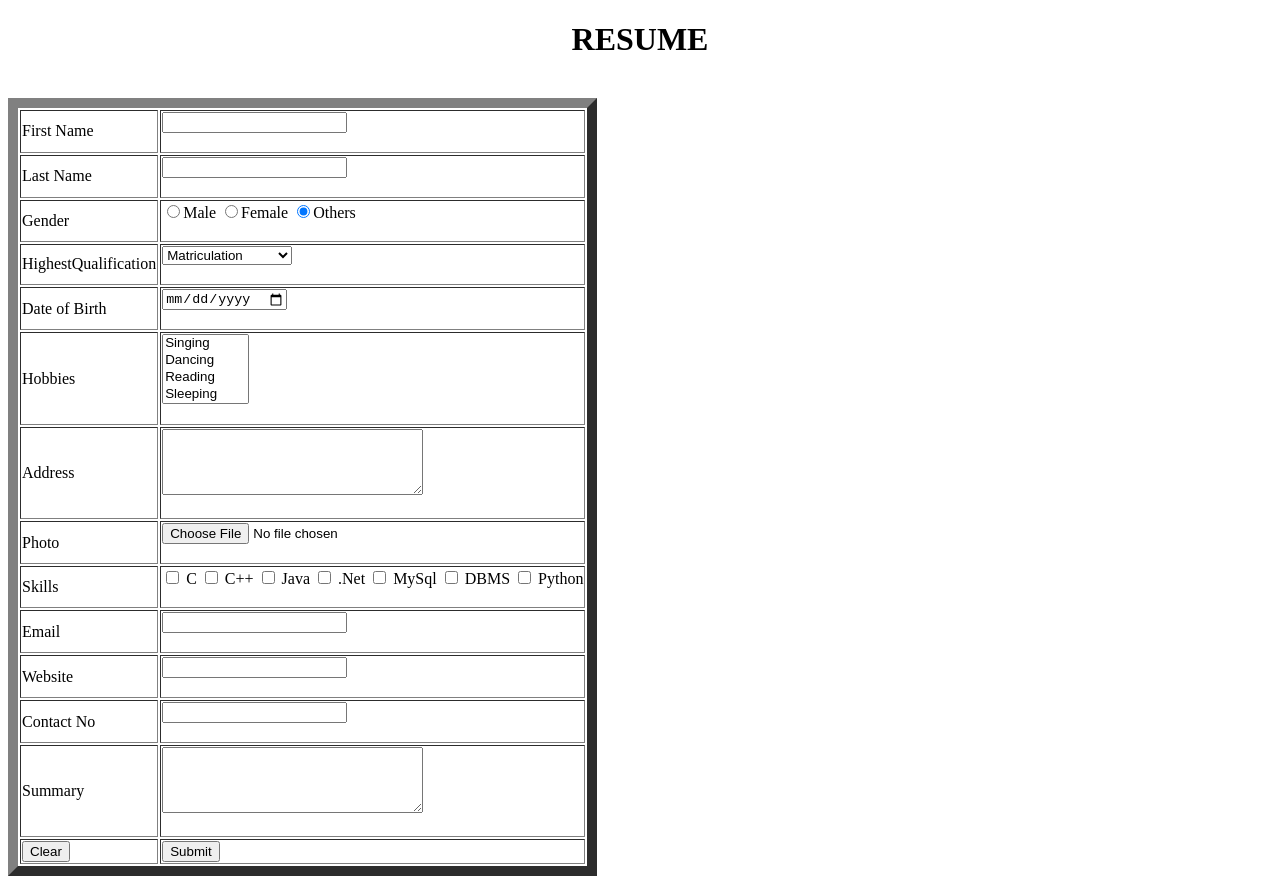
Repository: Rccalfa123/JEE
Page: MyFirstServlet/WebContent/Resume.html
An editor plug-in stored every save of this project. The page is shown before and after the next save, followed by the edit.
The browser window is 1280 px wide. The pictures show the whole page.

Above is the page before, as saved 2018-08-07 09:01:54.

After the next save:
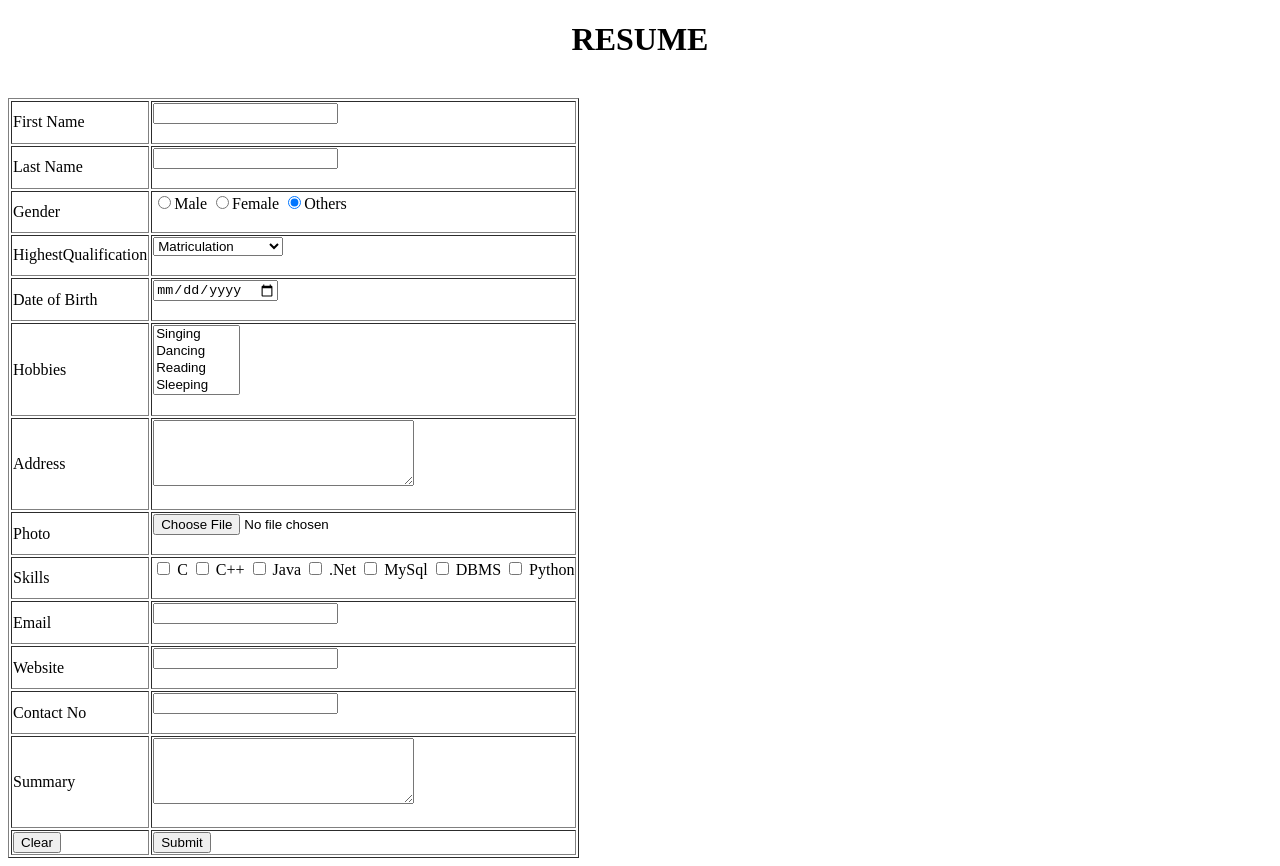
Saved 14 s later.
--- a/MyFirstServlet/WebContent/Resume.html
+++ b/MyFirstServlet/WebContent/Resume.html
@@ -7,7 +7,7 @@
 <body>
    <form action="ms1.java" method="get">
    <h1 align="center"> RESUME </h1><br>
-  <table border="10px">
+  <table border="1">
    <tr><td>First Name </td><td><input type="text" name="fname"><br><br></td></tr>
 
    <tr><td>Last Name</td> <td> <input type="text" name="lname"><br><br></td></tr>
